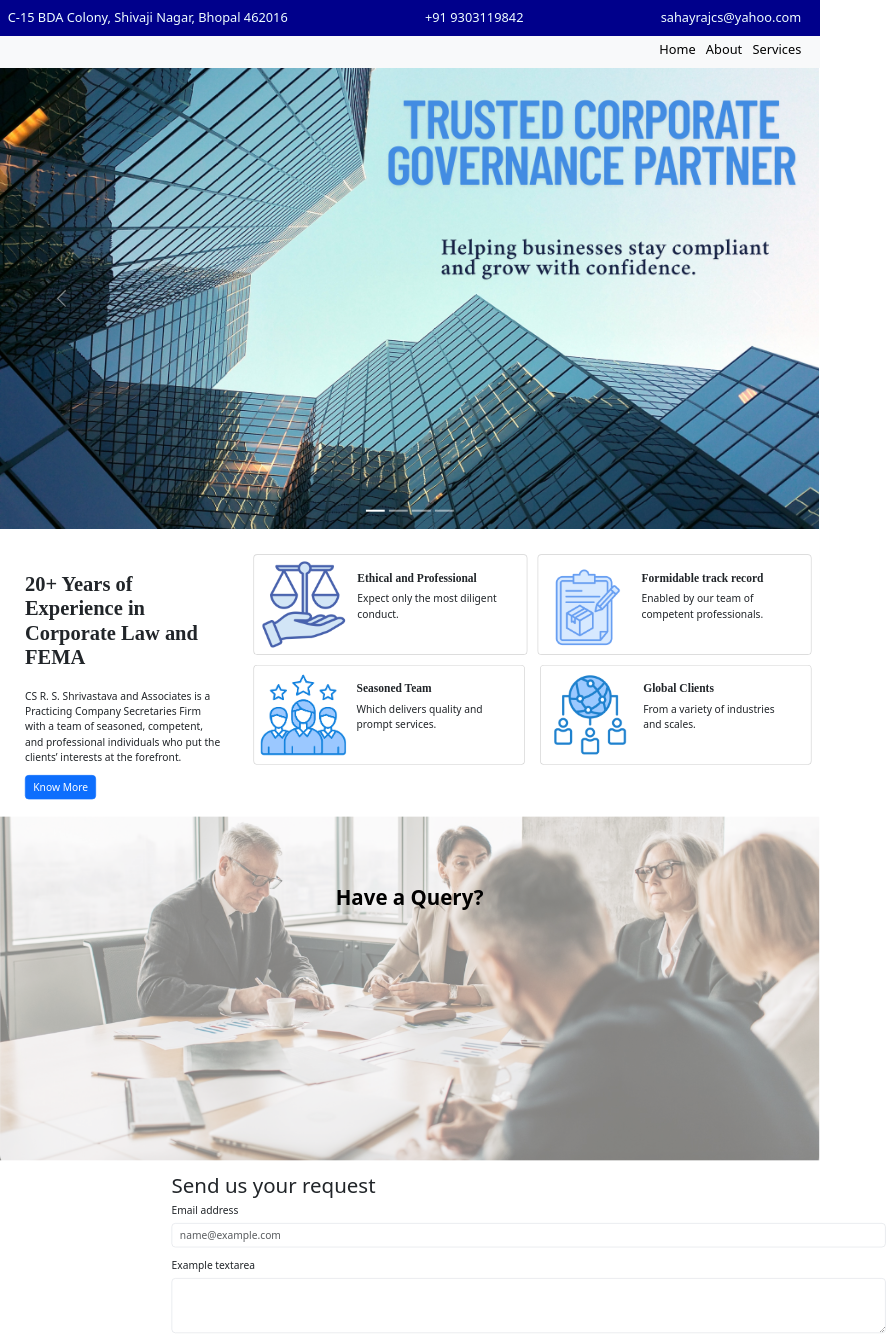
Repository: aayushiss/CS-RSS
Page: index.html
The author's editor kept a copy of each file at every save. The page is drawn from the files as they stood at one save, then again after the next save.
The browser window is 1280 px wide. The page is 1396 px wide, then 1280 px, so the pictures cover 1396 px, including what lies to the right of the window. The pictures show the whole page, at 64% of full size.

Above is the page before, as saved 2025-05-15 18:53:43.

After the next save:
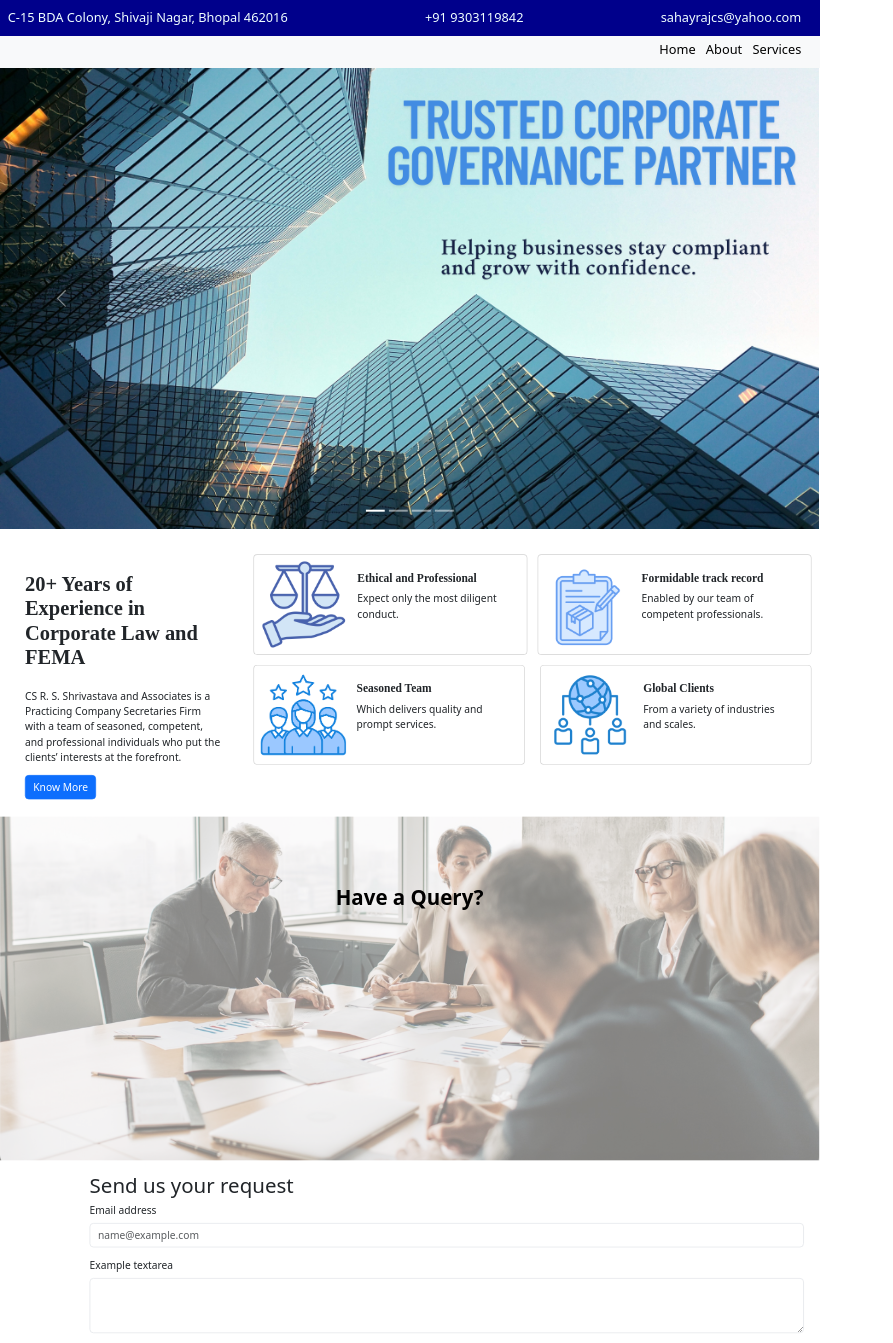
Saved 6 s later.
--- a/index.html
+++ b/index.html
@@ -170,7 +170,7 @@
     </h2>
   </div>
 
-  <div class="container-md" style="margin-top: 20px; margin-left: 20vw;">
+  <div class="container-md" style="margin-top: 20px; margin-left: 10vw;">
     <div class="col">
       <h2>Send us your request</h2>
     </div>
